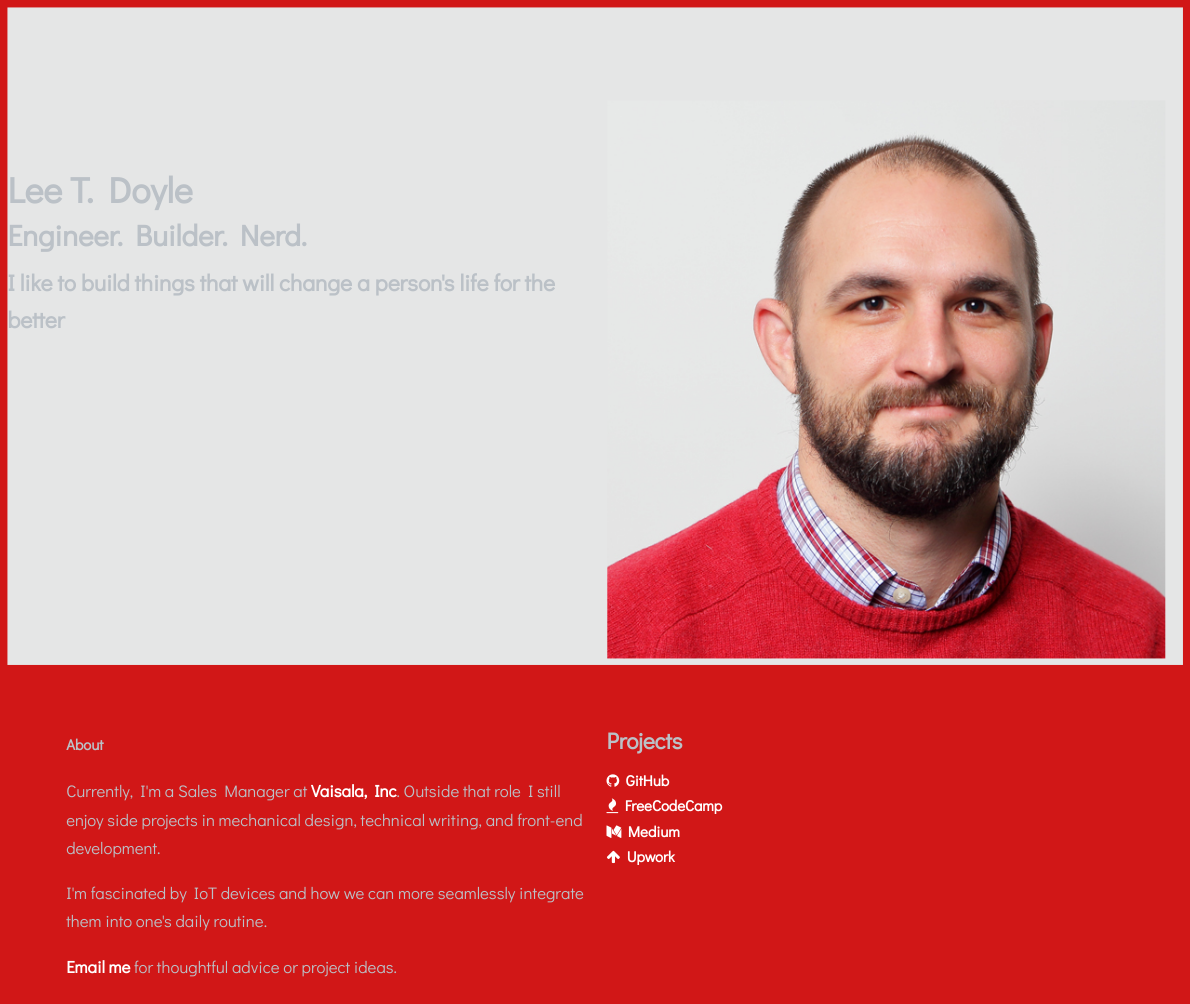
Repository: ldoyle0/ldoyle0.github.io
Page: index.html
The author's editor kept a record of every edit. The page is drawn from the files as they stood at one moment, then again after the next edit.
The browser window is 1280 px wide. The pictures show the whole page, at 93% of full size.
Some web libraries are served in a nearby version.

Above is the page before.

### index.html
<!DOCTYPE html>
<html lang="en">

<head>

<!-- Styles -->
<link href="https://fonts.googleapis.com/css?family=Didact+Gothic" rel="stylesheet">
<link href="https://maxcdn.bootstrapcdn.com/font-awesome/4.4.0/css/font-awesome.min.css" rel="stylesheet">
<link href="./css/style.css" rel="stylesheet">

</head>

<body>
    <div class="title">
    <div class="container">
        <div class="row-fluid">
            <div class="span6 left">
                <h1>Lee T. Doyle</h1>
                <h2>Engineer. Builder. Nerd.</h2>
                <h3>I like to build things that will change a person's life for the better</h3>
            </div>
            <div class="span6 right">
                <img src="./img/LED.jpg">
            </div>
        </div>
    </div>
    </div>

<footer>
    <div class="container about offset">
        <div class="row-fluid">
            <div class="span6">
                <h4>About</h4>
                <p>
                    Currently, I'm a Sales Manager at <a href="http://www.vaisala.com/en/Pages/default.aspx">Vaisala, Inc</a>.
                    Outside that role I still enjoy side projects in mechanical design, technical writing, and
                    front-end development.
                </p>
                <p>
                    I'm fascinated by IoT devices and how we can more seamlessly integrate them into one's daily routine.
                </p>
                <p>
                    <a href="mailto:ldoyle0@gmail.com">Email me</a> for thoughtful advice or project ideas.
                </p>
            </div>
            <div class="span6">
                <h3>Projects</h3>
                <ul>
                    <li><a href="https://github.com/ldoyle0"><i class="fa fa-github"></i>GitHub</a></li>
                    <li><a href="https://www.freecodecamp.org/ldoyle0"><i class="fa fa-fire"></i>FreeCodeCamp</a></li>
                    <li><a href="https://medium.com/@leetdoyle"><i class="fa fa-medium"></i>Medium</a></li>
                    <li><a href="https://www.upwork.com/o/profiles/users/_~01666dd24ce2e08ba3/"><i class="fa fa-arrow-up"></i>Upwork</a></li>
                </ul>
            </div>
        </div>
    </div>
</footer>

</body>

</html>

### css/style.css
@import "bootstrap-responsive.css"

/*
color scheme
#d11717 - red
#17d1d1 - blue-green
#74d117 - green
*/

/* General */

html {
  height: 100%;
}

body {
  color: #bbc1c7;
  background-color: #d11717;
  font-family: 'Didact Gothic', Arial, sans-serif;
  font-weight: 400;
  line-height: 1.7;
}

div {
  display: block;
}

h1,
h2,
h3
{
  margin: 10px 0;
  font-family: inherit;
  font-weight: bold;
  color: inherit;
  text-rendering: optimizelegibility;
}

h1,
h2,
h3 {
  line-height: 40px;
}

h1 {
  font-size: 38.5px;
}

h2 {
  font-size: 31.5px;
}

h3 {
  font-size: 24.5px;
}

div i {
    margin-right: 7px;
}

p {
  font-size: 18px;
}

.title {
    background-color: #e5e6e6;
}

.title .left {
    padding-top: 165px;
    padding-bottom: 125px;
}

.title .right {
    padding-top: 100px;
}

.row {
  margin-right: -15px;
  margin-left: -15px;
}

img {
  max-width: 100%;
}

.img-circle {
  -webkit-border-radius: 500px;
     -moz-border-radius: 500px;
          border-radius: 500px;
}

.row-fluid {
  width: 100%;
  *zoom: 1;
}

.row-fluid:before,
.row-fluid:after {
  display: table;
  line-height: 0;
  content: "";
}

.row-fluid:after {
  clear: both;
}

.row-fluid [class*="span"] {
  display: block;
  float: left;
  width: 100%;
  min-height: 30px;
  margin-left: 2.127659574468085%;
  *margin-left: 2.074468085106383%;
  -webkit-box-sizing: border-box;
     -moz-box-sizing: border-box;
          box-sizing: border-box;
}

.row-fluid [class*="span"]:first-child {
  margin-left: 0;
}

.row-fluid .span8 {
  width: 65.95744680851064%;
  *width: 65.90425531914893%;
}

.row-fluid .span6 {
  width: 48.93617021276595%;
  *width: 48.88297872340425%;
}

.row-fluid .span4 {
  width: 31.914893617021278%;
  *width: 31.861702127659576%;
}

.row-fluid .span3 {
  width: 23.404255319148934%;
  *width: 23.351063829787233%;
}

.offset {
  padding-left: 5%;
  padding-right: 5%;
}

footer ul,
footer ul li {
  list-style-type: none;
  margin: 0;
  padding: 0;
}

a,
a:visited {
  text-decoration: none;
  font-weight: 600;
  color: white;
}
a:hover,
a:focus,
a:active {
  color: white;
  border-bottom: 1px solid white;
  padding-bottom: 5px;
}

footer {
  padding-top: 50px;
  padding-bottom: 0;
  margin-bottom: 0;
}

After the next edit:
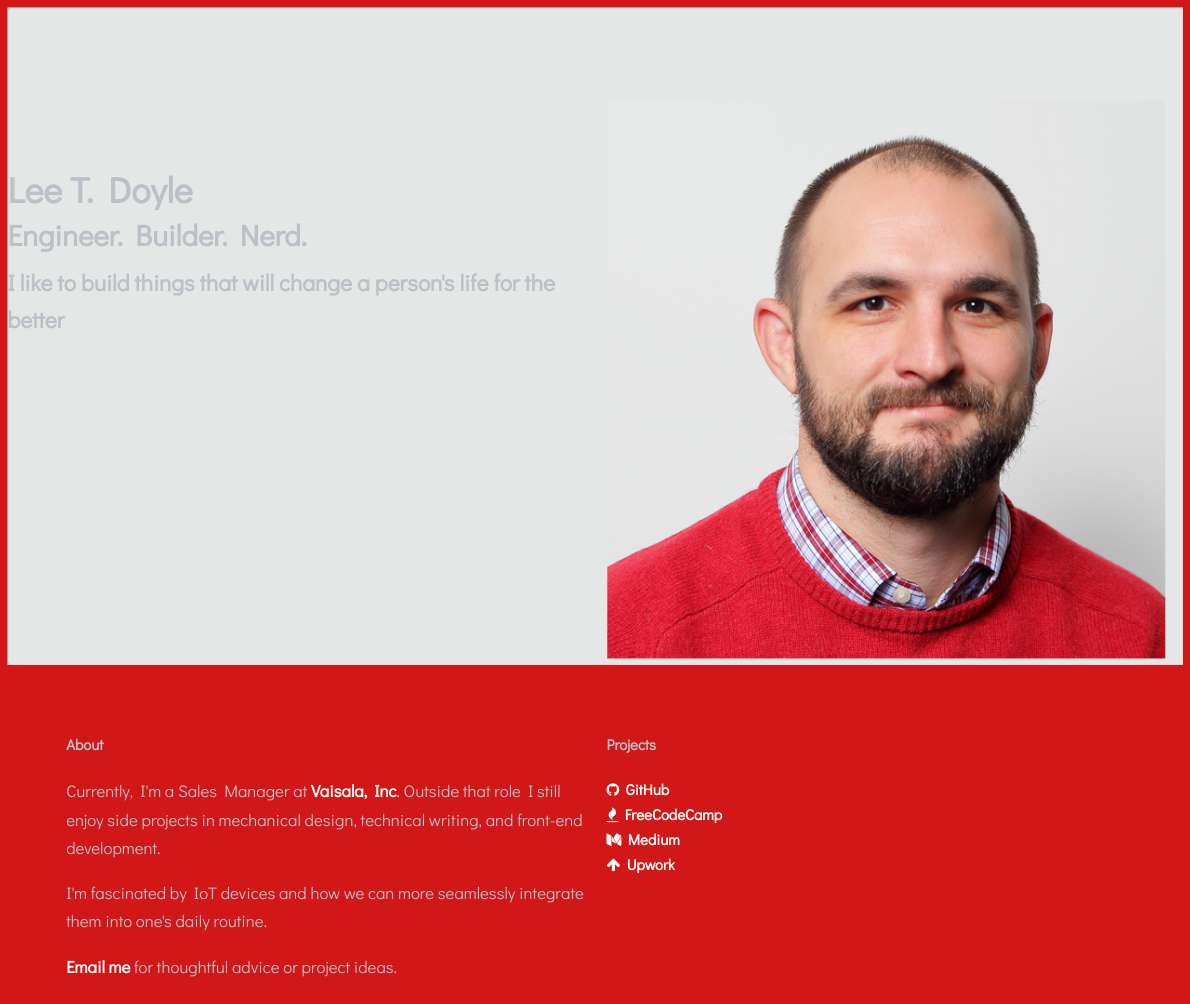
The edit:
--- a/index.html
+++ b/index.html
@@ -44,7 +44,7 @@
                 </p>
             </div>
             <div class="span6">
-                <h3>Projects</h3>
+                <h4>Projects</h4>
                 <ul>
                     <li><a href="https://github.com/ldoyle0"><i class="fa fa-github"></i>GitHub</a></li>
                     <li><a href="https://www.freecodecamp.org/ldoyle0"><i class="fa fa-fire"></i>FreeCodeCamp</a></li>
